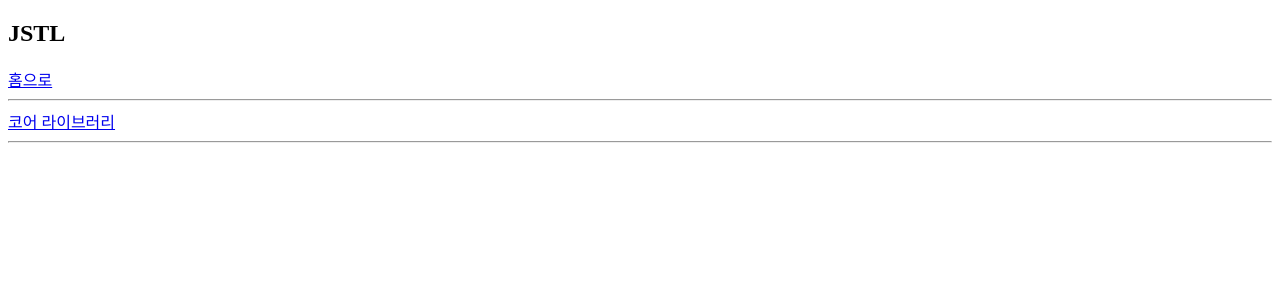
Repository: hyewoon/web
Page: http://localhost/servlet04/jstl/index.jsp
These files come from the project's save history. The page is drawn as it stood at one moment and after a run of saves; the edit follows.
The browser window is 1280 px wide. The pictures show the whole page.
The page is served by Tomcat 9. Other server files are loaded and not shown.

Above is the page before, as saved 2022-11-17 07:29:57.

### servlet04/src/main/webapp/jstl/index.jsp
<%@ page language="java" contentType="text/html; charset=UTF-8"
    pageEncoding="UTF-8"%>
<!DOCTYPE html>
<html>
<head>
<meta charset="UTF-8">
<title>Insert title here</title>
</head>
<body>
<h2>JSTL</h2>
<div><a href = '../'>홈으로</a></div>

<hr>
<div><a href = 'core.jsp'>코어 라이브러리</a></div>
<hr>
</body>
</html>

After the next 2 saves:
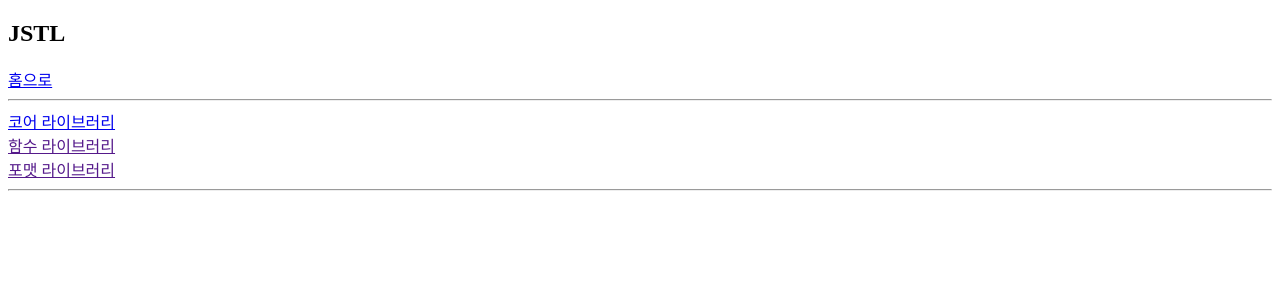
The 2 saves are shown as one change because they came seconds apart.
The last was saved 42 s later.
--- a/servlet04/src/main/webapp/jstl/index.jsp
+++ b/servlet04/src/main/webapp/jstl/index.jsp
@@ -12,6 +12,9 @@
 
 <hr>
 <div><a href = 'core.jsp'>코어 라이브러리</a></div>
+<div><a href = ''>함수 라이브러리</a></div>
+<div><a href = ''>포맷 라이브러리</a></div>
+
 <hr>
 </body>
 </html>
